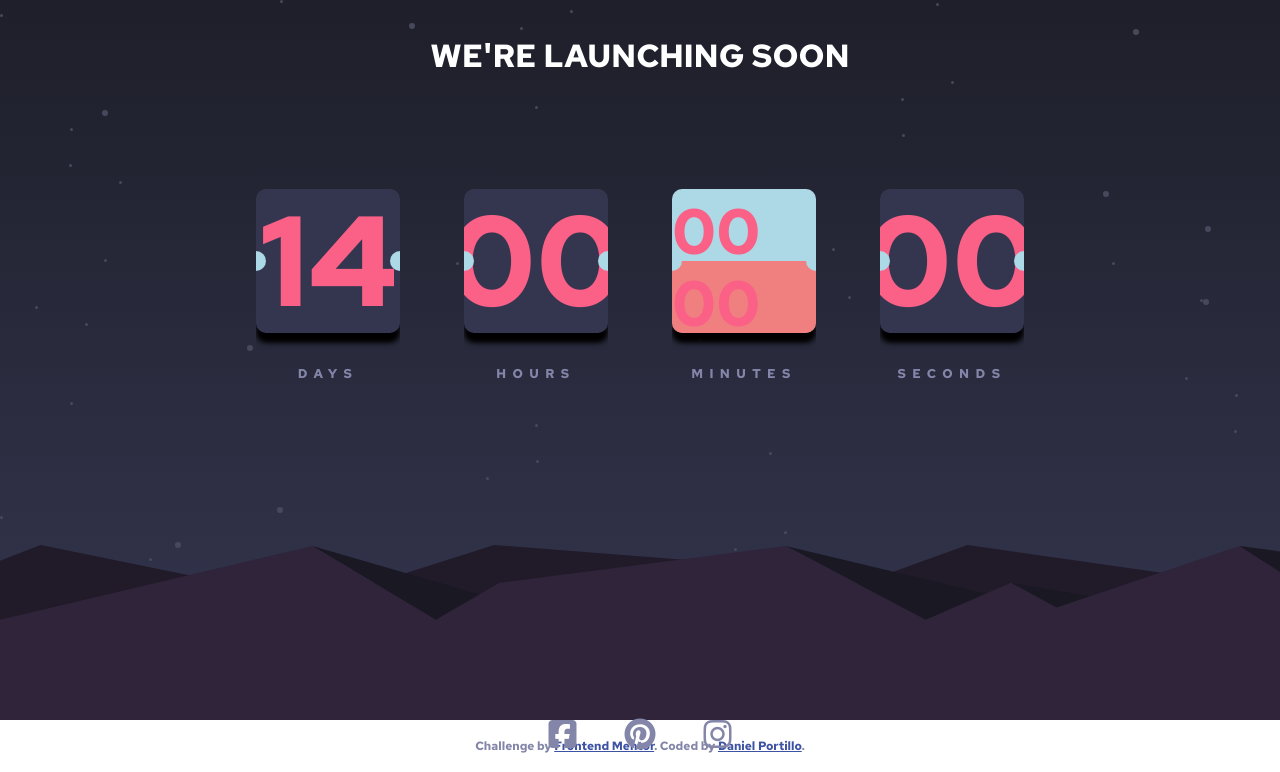
Repository: dportillo23/launch-countdown-timer-main
Page: index.html
An editor plug-in stored every save of this project. The page is shown before and after the next save, followed by the edit.
The browser window is 1280 px wide. The pictures show the whole page.
Some web libraries are served in a nearby version. The style sheet was rebuilt from its Sass, Less or Tailwind sources for each picture, by a compiler version that may differ from the author's.

Above is the page before, as saved 2021-07-02 11:26:37.

After the next save:
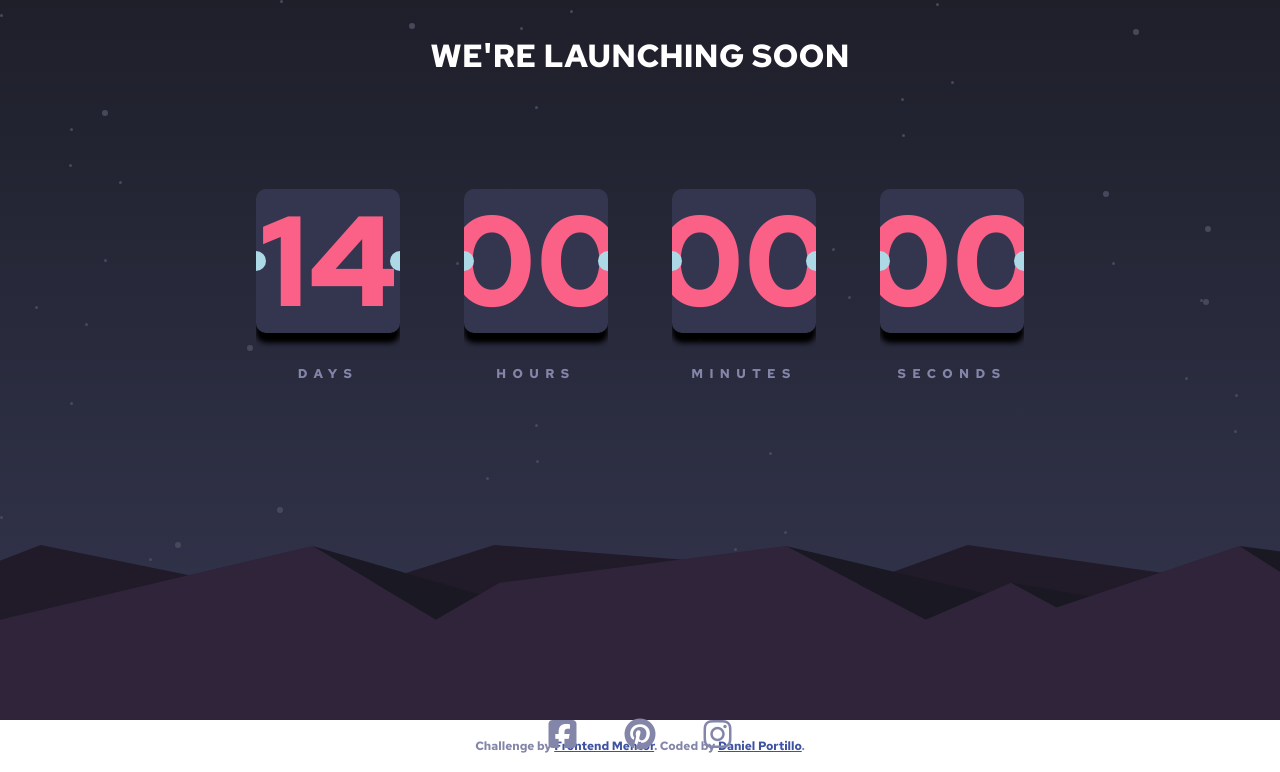
Saved 28 s later.
--- a/style.scss
+++ b/style.scss
@@ -81,7 +81,11 @@ body {
     div {
         width: 100%;
         height: 50%;
-        position: absolute;
+        position: relative;
+
+        span {
+
+        }
     }
 
     .top--card {
